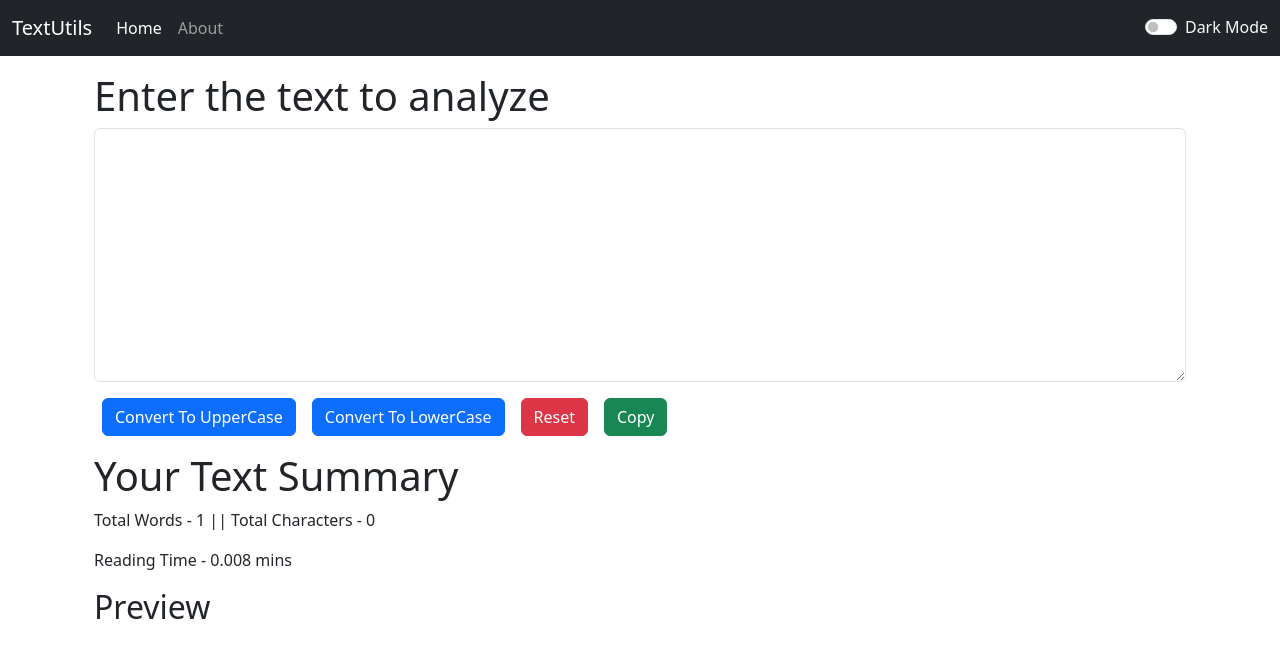
Repository: Rohit-foryou/Text-Utils
Page: /
The author's editor kept a copy of each file at every save. The page is drawn from the files as they stood at one save, then again after the next save.
The browser window is 1280 px wide. The pictures show the whole page.
The project was rebuilt for these pictures with package versions that can differ from the ones it lists, and the page was loaded fresh each time. Also part of the build but not shown: src/index.css, src/App.css.

Above is the page before, as saved 2023-12-21 14:00:57.

### public/index.html
<!DOCTYPE html>
<html lang="en">
  <head>
    <meta charset="utf-8" />
    <link rel="icon" href="%PUBLIC_URL%/favicon.ico" />
    <meta name="viewport" content="width=device-width, initial-scale=1" />
    <meta name="theme-color" content="#000000" />
    <meta
      name="description"
      content="Web site created using create-react-app"
    />
    <link rel="apple-touch-icon" href="%PUBLIC_URL%/logo192.png" />
    <link rel="manifest" href="%PUBLIC_URL%/manifest.json" />

    <!-- Bootstrap CSS -->
    <link href="https://cdn.jsdelivr.net/npm/bootstrap@5.3.2/dist/css/bootstrap.min.css" rel="stylesheet" integrity="sha384-T3c6CoIi6uLrA9TneNEoa7RxnatzjcDSCmG1MXxSR1GAsXEV/Dwwykc2MPK8M2HN" crossorigin="anonymous">

    <title>React App</title>
  </head>
  <body>
    <noscript>You need to enable JavaScript to run this app.</noscript>
    <div id="root"></div>

    <script src="https://cdn.jsdelivr.net/npm/bootstrap@5.3.2/dist/js/bootstrap.bundle.min.js" integrity="sha384-C6RzsynM9kWDrMNeT87bh95OGNyZPhcTNXj1NW7RuBCsyN/o0jlpcV8Qyq46cDfL" crossorigin="anonymous"></script>
  </body>
</html>

### src/App.js
import "./App.css";
// import About from "./components/About";
import Navbar from "./components/Navbar";
import TextForm from "./components/TextForm";
import React, {useState} from "react";


function App() {
  const [mode, setMode] = useState('dark');
  const toggleMode = ()=>{
      if(mode === 'light'){
        setMode('dark');
      }
      else{
        setMode('light');
      }
  }
  return (
    <>
      <Navbar title = "TextUtils" aboutText = "About" mode={mode} toggleMode = {toggleMode}/>
      <div className="container my-3">
      <TextForm heading = "Enter the text to analyze"/>
      {/* <About/> */}
      </div>
    </>
  );
}

export default App;

### src/components/Navbar.js
import React from 'react'
import PropTypes from 'prop-types'


export default function Navbar(props) {
  return (
    <nav className={`navbar navbar-expand-lg navbar-${props.mode} bg-${props.mode}`}>
        <div className="container-fluid">
          <a className="navbar-brand" href="/">{props.title}</a>
          <button className="navbar-toggler" type="button" data-bs-toggle="collapse" data-bs-target="#navbarSupportedContent" aria-controls="navbarSupportedContent" aria-expanded="false" aria-label="Toggle navigation">
            <span className="navbar-toggler-icon"></span>
          </button>
          <div className="collapse navbar-collapse" id="navbarSupportedContent">
            <ul className="navbar-nav me-auto mb-2 mb-lg-0">
              <li className="nav-item">
                <a className="nav-link active" aria-current="page" href="/">Home</a>
              </li>
              <li className="nav-item">
                <a className="nav-link" href="/">{props.aboutText}</a>
              </li>
            </ul>
            {/* <form className="d-flex" role="search">
              <input className="form-control me-2" type="search" placeholder="Search" aria-label="Search"/>
              <button className="btn btn-primary" type="submit">Search</button>
            </form> */}
              <div className="form-check form-switch text-light">
              <input className="form-check-input" onClick={props.toggleMode} type="checkbox" role="switch" id="flexSwitchCheckDefault"/>
              <label className="form-check-label" htmlFor="flexSwitchCheckDefault">Dark Mode</label>
            </div>
          </div>
        </div>
      </nav>
  )
}

Navbar.propTypes = {title: PropTypes.string.isRequired,
                     AboutText: PropTypes.string}

// Navbar.defaultProps = {
//     title: 'write title',
//     aboutText: 'About',
// }

### src/components/TextForm.js
import React, {useState} from 'react'


export default function TextForm(props) {
  const handleUpClick = ()=>{
      // console.log("uppercase is clicked" + text)
      let newText =  text.toUpperCase();
      setText(newText)
  }
  const handleLowClick = ()=>{
      let newText =  text.toLowerCase();
      setText(newText)
  }
  const handleClearClick = ()=>{
      let newText =  '';
      setText(newText)
  }
  const handleCopyClick = () => {
    var text = document.getElementById("myBox");
    text.select();
    navigator.clipboard.writeText(text.value)
  };
  const handleOnChange = (event)=>{
      // console.log("On change")
      setText(event.target.value)
  }
  const [text, setText] = useState('');
  return (
    <>
    <div className='container'>
        <h1>{props.heading}</h1>
        <div className="mb-3">
        <textarea className="form-control" value = {text} onChange={handleOnChange} id="myBox" rows="10"></textarea>
        </div>
        <button className="btn btn-primary


        mx-2" onClick={handleUpClick}>Convert To UpperCase</button>
        <button className="btn btn-primary


        mx-2" onClick={handleLowClick}>Convert To LowerCase</button>
        <button className="btn btn-danger mx-2" onClick={handleClearClick}>Reset</button>
        <button className="btn btn-success mx-2" onClick={handleCopyClick}>Copy</button>
    </div>
    <div className="container my-3">
      <h1>Your Text Summary</h1>
      <p>Total Words - {text.split(" ").length} ||  Total Characters - {text.length}</p>
      <p>Reading Time - {0.008*text.split(" ").length} mins  </p>
      <h2>Preview</h2>
      <p>{text}</p>
    </div>
    </>
  )
}

Loaded but not shown: src/index.js (common file); src/reportWebVitals.js (common file)

After the next save:
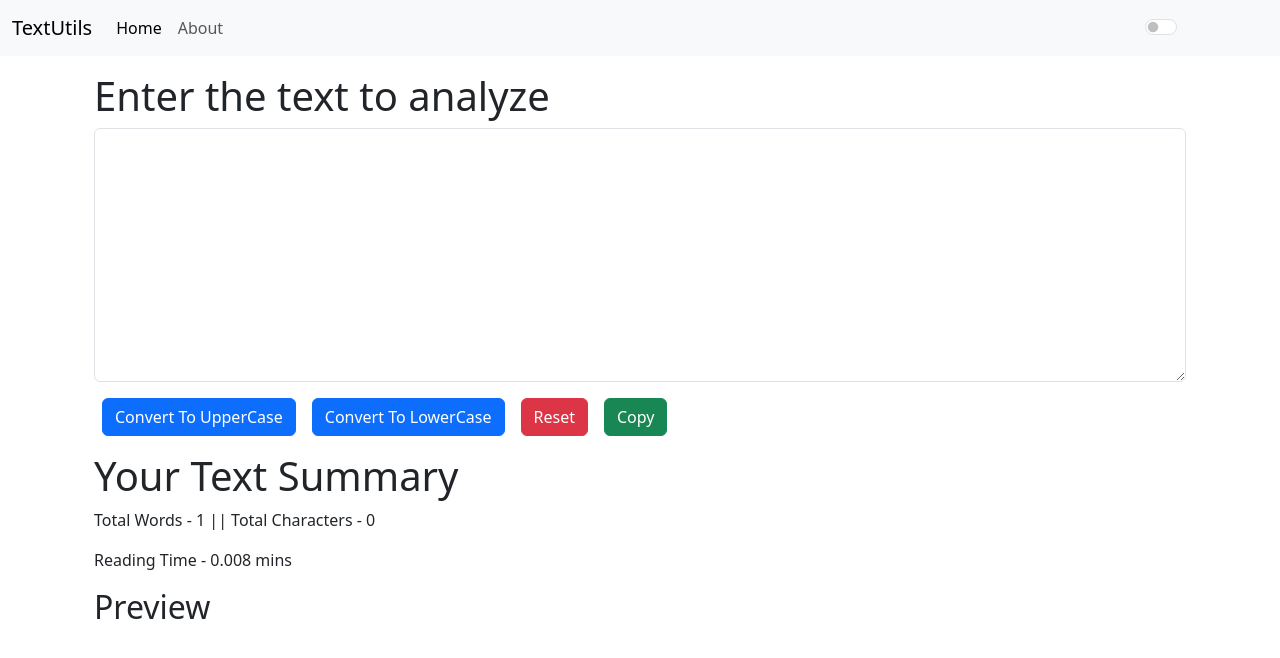
Saved 43 s later.
--- a/src/App.js
+++ b/src/App.js
@@ -6,7 +6,7 @@ import React, {useState} from "react";
 
 
 function App() {
-  const [mode, setMode] = useState('dark');
+  const [mode, setMode] = useState('light');
   const toggleMode = ()=>{
       if(mode === 'light'){
         setMode('dark');
